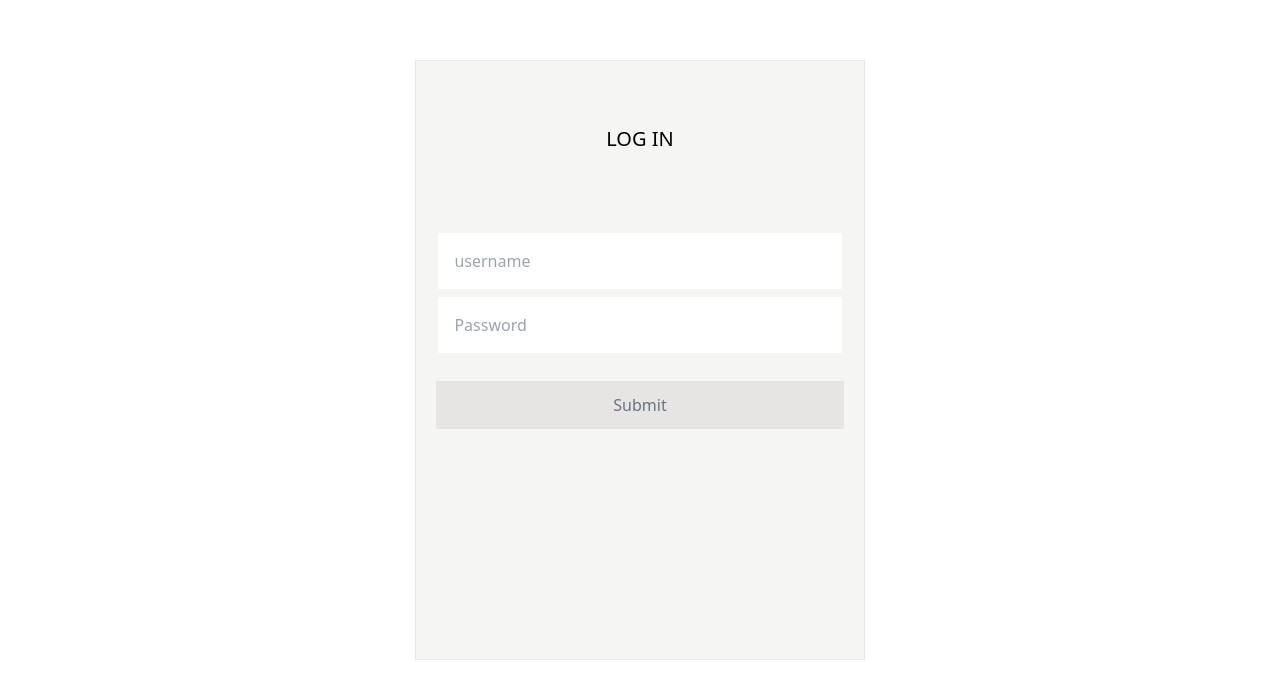
Repository: hsumyatm7308/oop-loginregister-php
Page: http://localhost/login.php
These files come from the project's save history. The page is drawn as it stood at one moment and after the next save; the edit follows.
The browser window is 1280 px wide. The pictures show the whole page.
Some web libraries are served in a nearby version. The page is run by PHP 8.4 with error messages shown; the project is at /var/www/html/.

Above is the page before, as saved 2023-08-02 00:42:28.

After the next save:
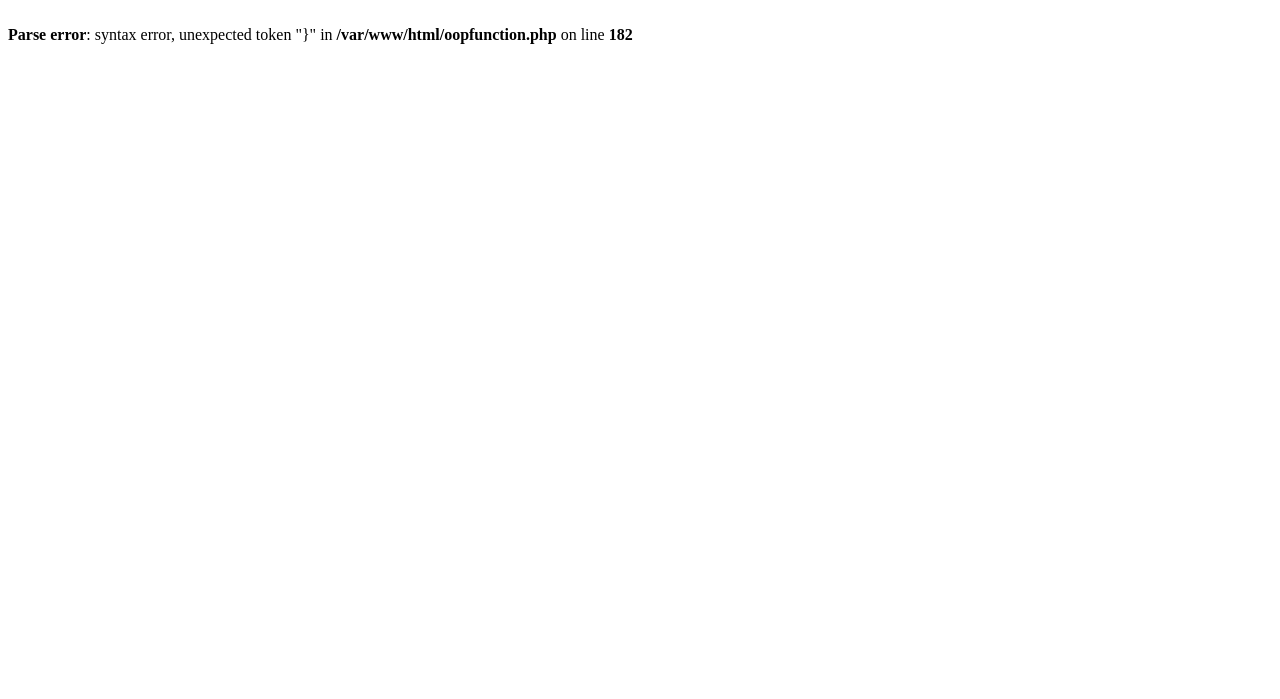
Saved 4 min 43 s later.
--- a/oopfunction.php
+++ b/oopfunction.php
@@ -176,5 +176,9 @@
 
 $obj = new Connection();
 
-
+class Logout extends Connection{
+    public function logoutUser($id){
+        $logout_result = $this->conn->prepare("SELECT * FROM loginregister id = :id")
+    }
+}
 ?>

After the save that followed:
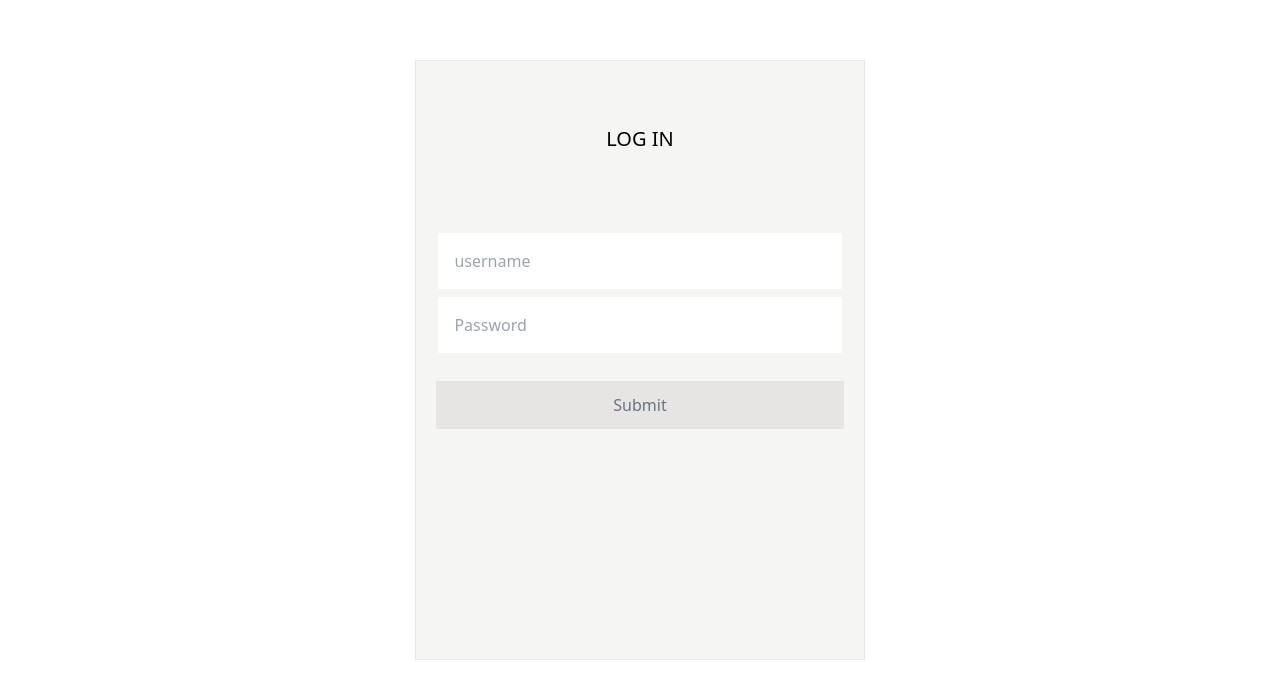
Saved 4 s later.
--- a/oopfunction.php
+++ b/oopfunction.php
@@ -178,7 +178,8 @@
 
 class Logout extends Connection{
     public function logoutUser($id){
-        $logout_result = $this->conn->prepare("SELECT * FROM loginregister id = :id")
+        $logout_result = $this->conn->prepare("SELECT * FROM loginregister id = :id");
+
     }
 }
 ?>
